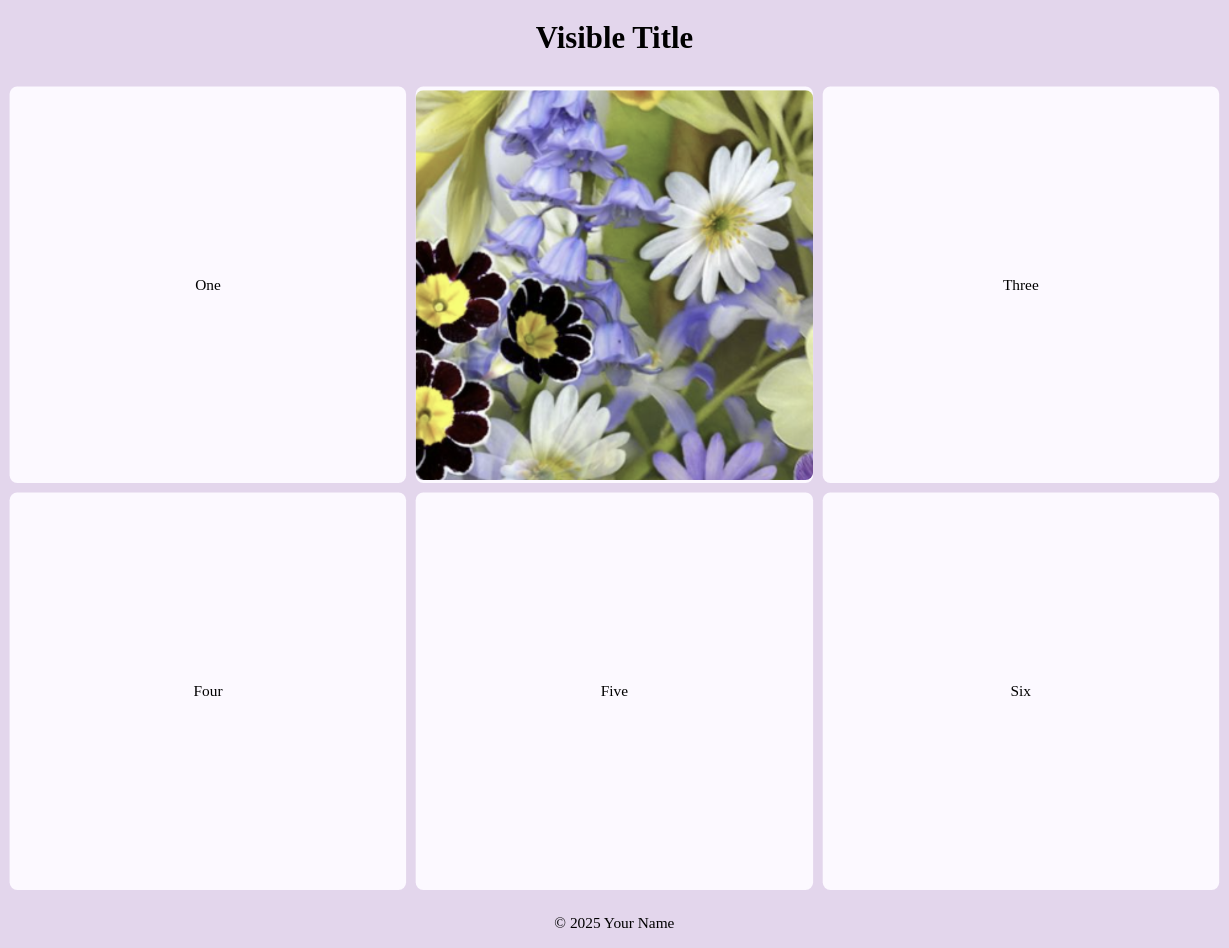
Repository: Brittany-Westlund/WebDesign
Page: FinalProject/index.html
These files come from the project's save history. The page is drawn as it stood at one moment and after the next save; the edit follows.
The browser window is 1280 px wide. The pictures show the whole page, at 96% of full size.

Above is the page before, as saved 2025-06-13 13:58:51.

After the next save:
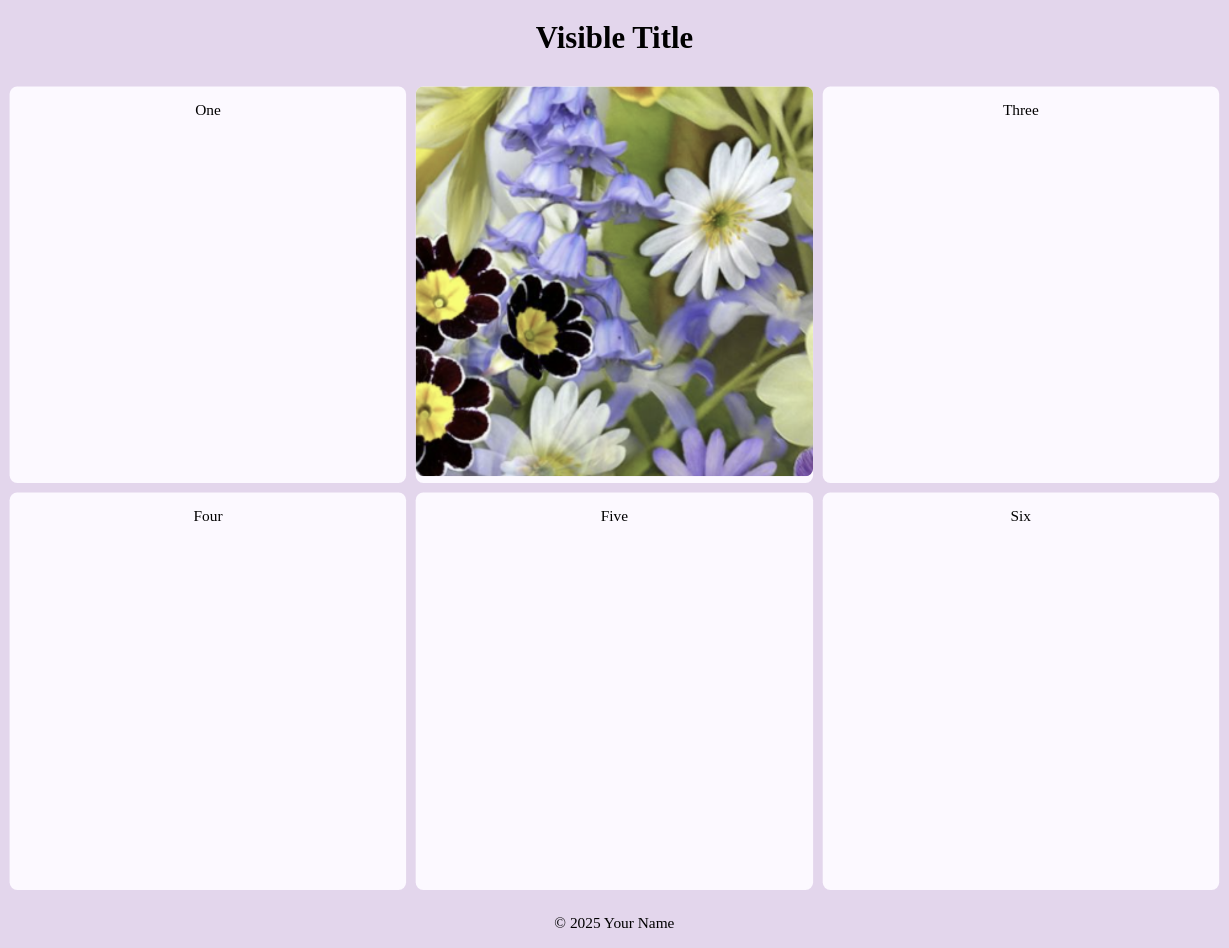
Saved 14 min 49 s later.
--- a/FinalProject/style/style.css
+++ b/FinalProject/style/style.css
@@ -16,14 +16,10 @@ header {
 }
 
 .item {
-  text-align: center;
   background-color: #fcf9ff;
   padding: 0;
   border-radius: 8px;
   aspect-ratio: 1 / 1;
-  display: flex;
-  justify-content: center;
-  align-items: center;
 }
 
 .item img {
@@ -36,7 +32,11 @@ header {
 }
 
 .item p {
-    padding: 0;
+  padding: 0;
+  text-align: center;
+  display: flex;
+  justify-content: center;
+  align-items: center;
 }
 
 footer {

After the 3 saves that followed:
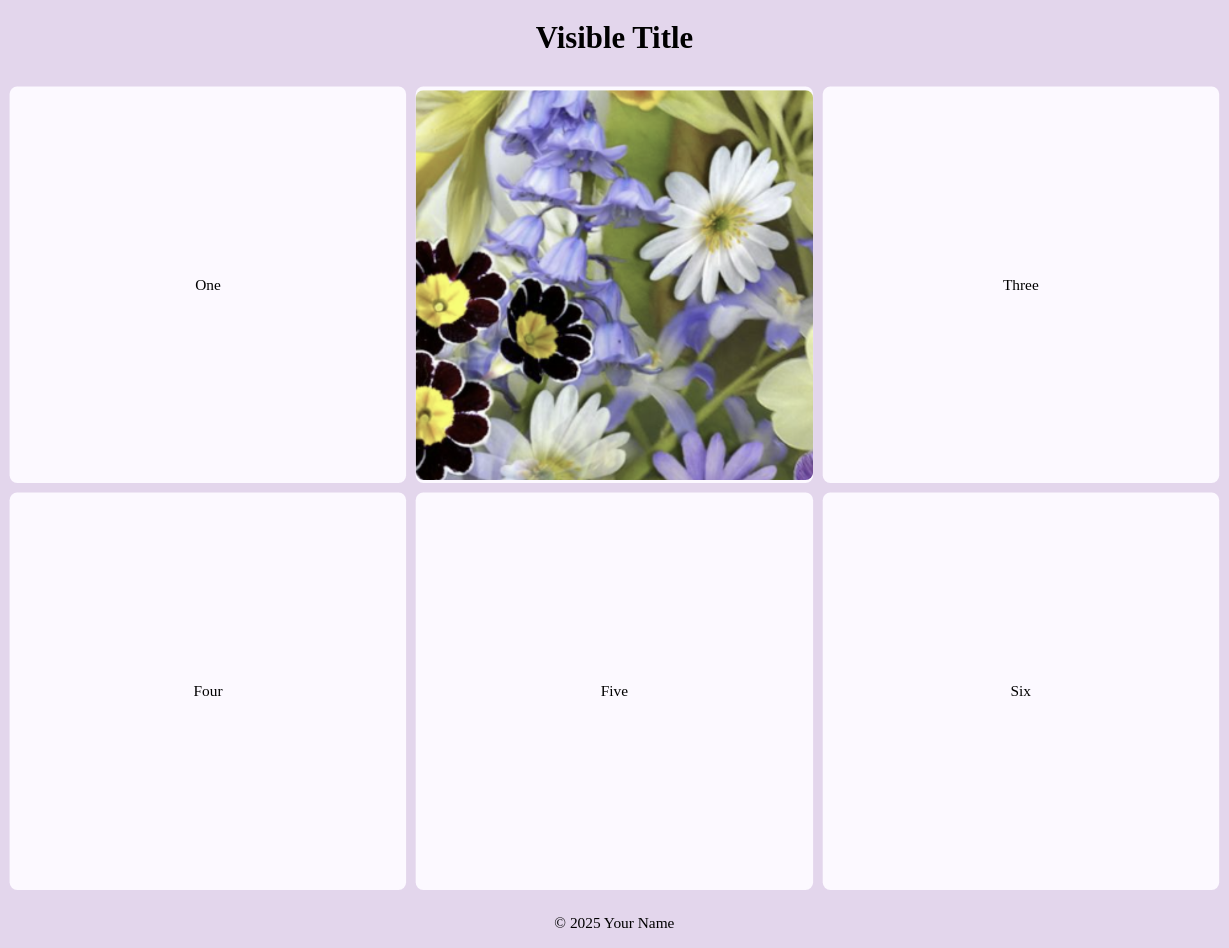
The 3 saves are shown as one change because 2 left the picture as it was.
The last was saved 2 min 0 s later.
--- a/FinalProject/style/style.css
+++ b/FinalProject/style/style.css
@@ -16,10 +16,14 @@ header {
 }
 
 .item {
+  text-align: center;
   background-color: #fcf9ff;
   padding: 0;
   border-radius: 8px;
   aspect-ratio: 1 / 1;
+  display: flex;
+  justify-content: center;
+  align-items: center;
 }
 
 .item img {
@@ -32,11 +36,7 @@ header {
 }
 
 .item p {
-  padding: 0;
-  text-align: center;
-  display: flex;
-  justify-content: center;
-  align-items: center;
+    padding: 0;
 }
 
 footer {
